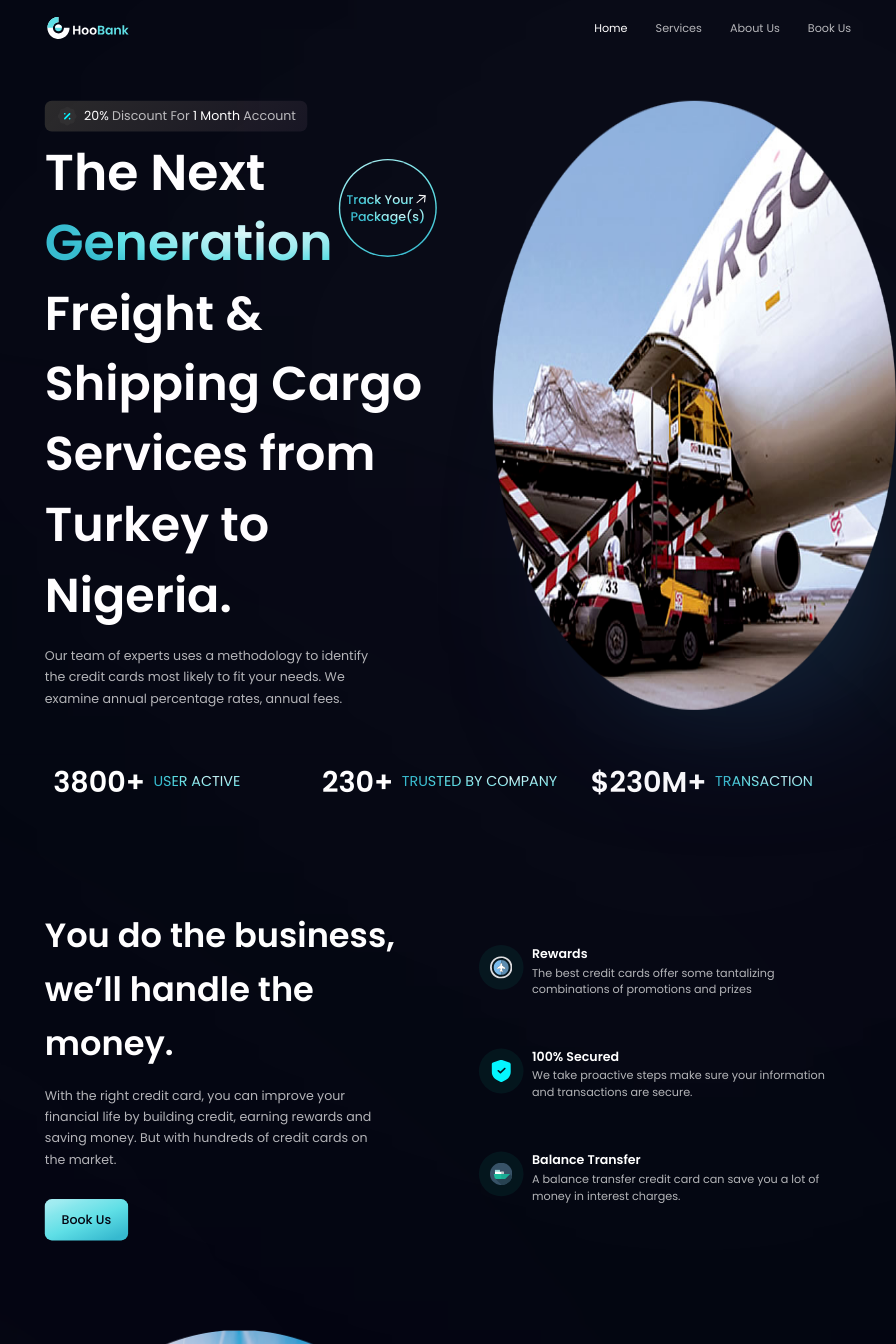
Repository: Miracleoluebube/captionlogistics
Page: /
The author's editor kept a copy of each file at every save. The page is drawn from the files as they stood at one save, then again after a run of saves.
The browser window is 1280 px wide. The pictures show the part of the page from y = 0 to 1920 px (the page is 5317 px tall), at 70% of full size.
The project was rebuilt for these pictures with package versions that can differ from the ones it lists, and the page was loaded fresh each time. Also part of the build but not shown: vite.config.js.

Above is the page before, as saved 2022-10-01 07:56:01.

After the next 7 saves:
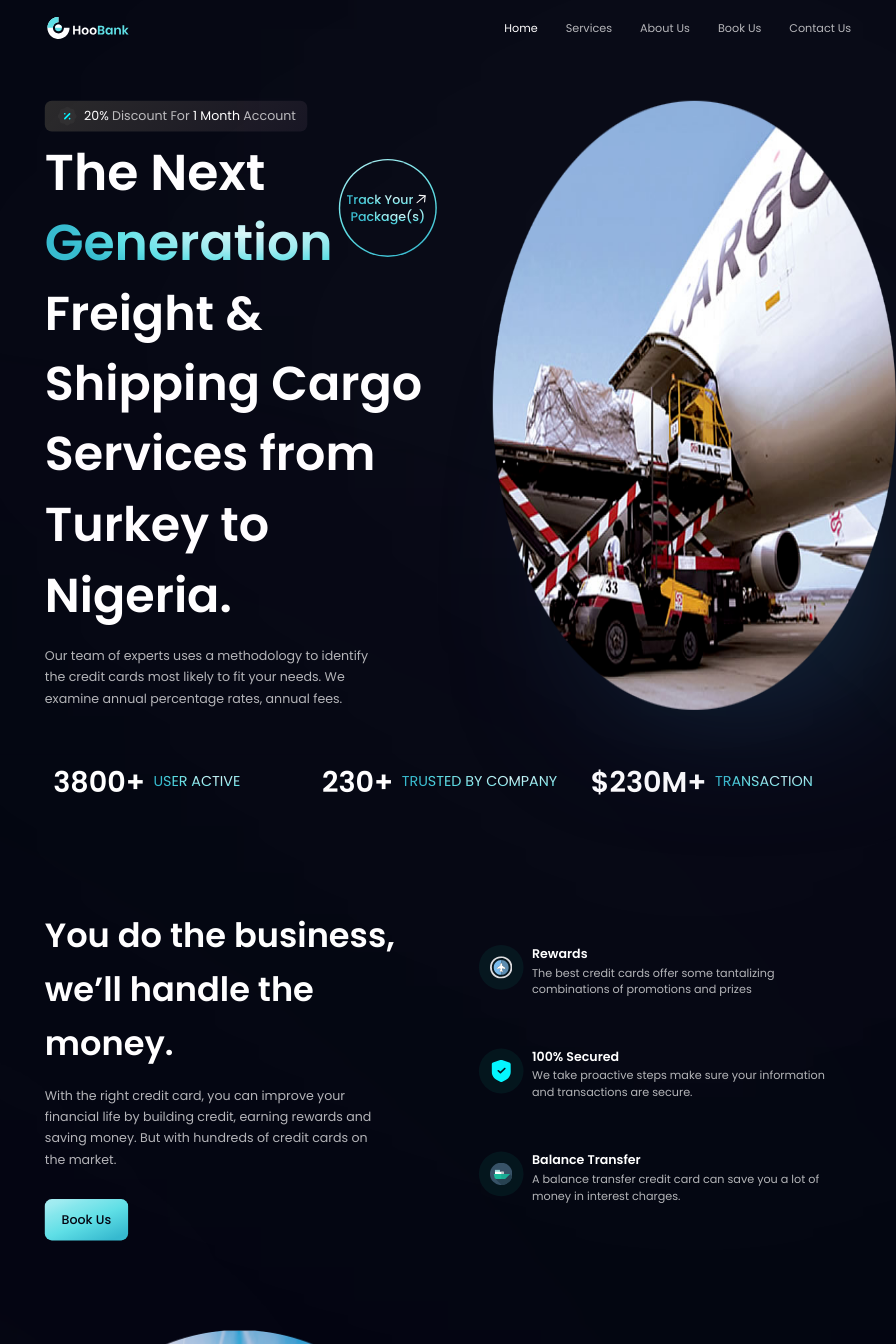
The 7 saves are shown as one change because they came seconds apart.
The last was saved 20 s later.
--- a/src/constants/index.js
+++ b/src/constants/index.js
@@ -18,10 +18,10 @@
     id: "book Us",
     title: "Book Us",
   },
-  // {
-  //   id: "contact Us",
-  //   title: "Clients",
-  // },
+   {
+     id: "contact Us",
+     title: "Contact Us",
+   },
 ];
 
 export const features = [
